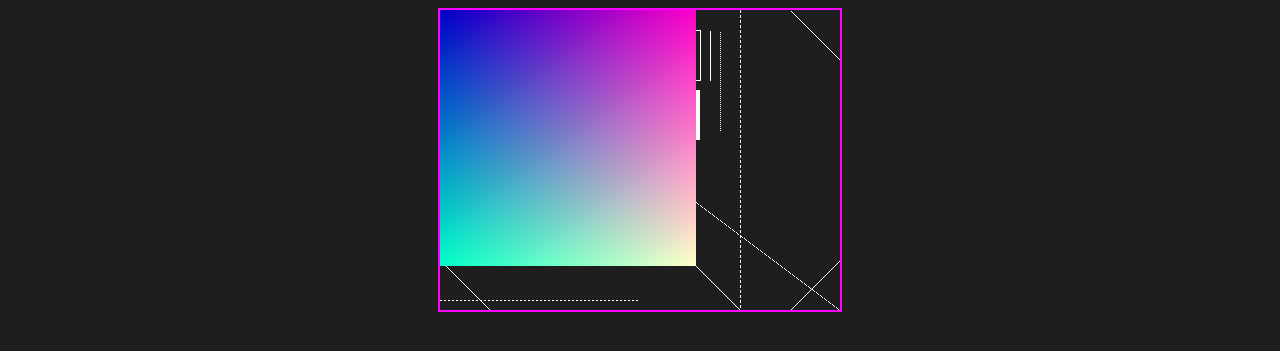
Repository: StarLightGX/miao
Page: paint.html
An editor plug-in stored every save of this project. The page is shown before and after the next save, followed by the edit.
The browser window is 1280 px wide. The pictures show the whole page.

Above is the page before, as saved 2020-11-13 16:18:27.
Console error: ReferenceError: sqrt is not defined

After the next save:
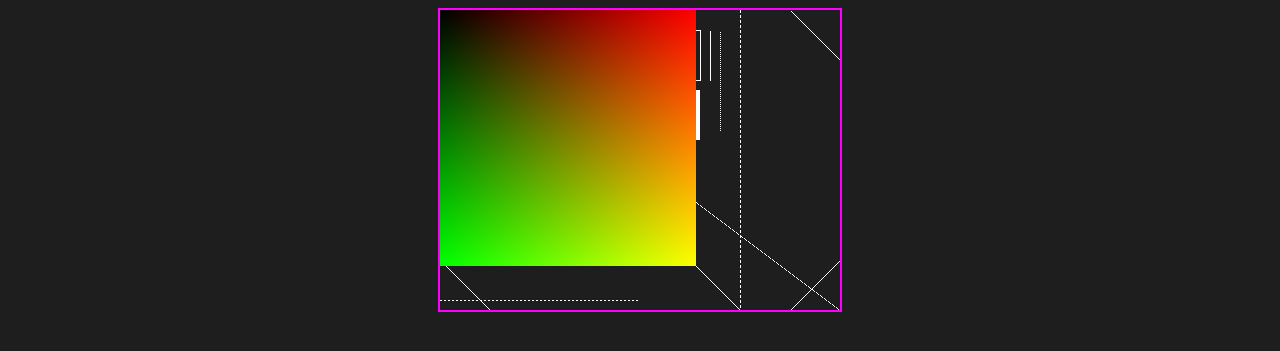
Saved 7 s later.
--- a/paint.html
+++ b/paint.html
@@ -197,7 +197,7 @@
     // 画一个rgb色彩空间的某一面
     for (x = 0; x < 256; x++) {
       for (y = 0; y < 256; y++) {
-        dot(x, y, "rgb" + "(" + x + "," + y + "," + 200 + ")");
+        dot(x, y, "rgb" + "(" + x + "," + y + "," + 0 + ")");
       }
     }
     // 画一个空心的圆
